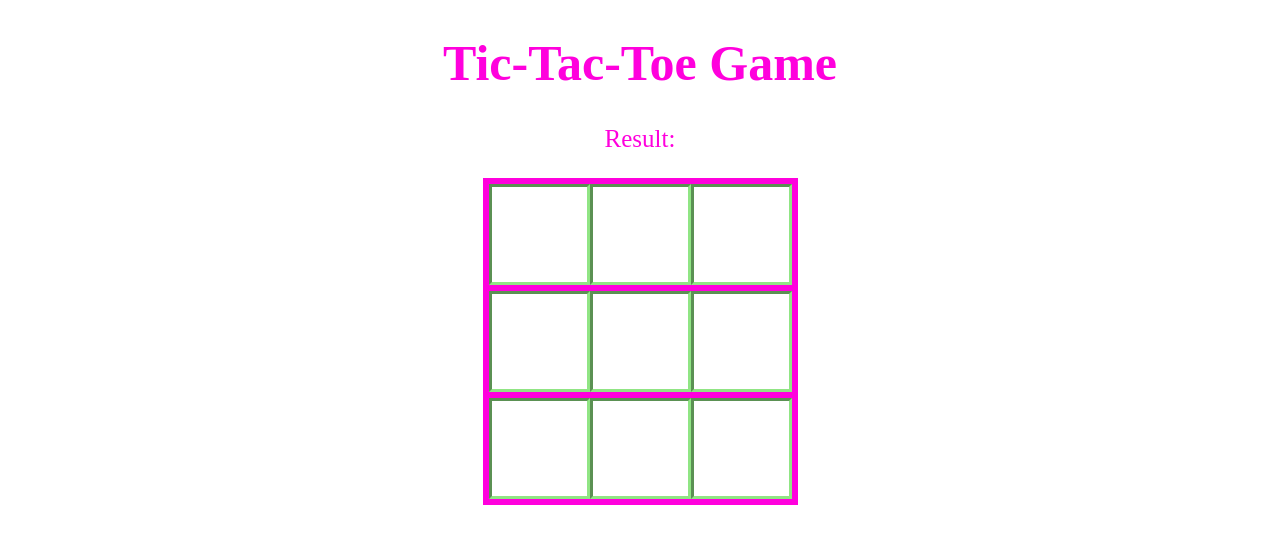
Repository: 0101chaitanya/Tic-Tac-Toe
Page: index.html
These files come from the project's save history. The page is drawn as it stood at one moment and after a run of saves; the edit follows.
The browser window is 1280 px wide. The pictures show the whole page.

Above is the page before, as saved 2021-06-09 18:06:33.

### index.html
<!DOCTYPE html>
<html>
    <head>
<meta charset="utf-8">
<title>Tic-Tac-Toe Game</title>
<link rel="stylesheet" href="styles.css">
    </head>
<body>
    <h1 id="heading">Tic-Tac-Toe Game</h1>

    <div id = "Output">
        <p  >Result:</p>
    </div>
    <div id = "gameSquare">

    <div id = "row1">
    <div class = "r1Column"></div>
    <div class = "rlColumn"></div>
    <div class = "rlColumn"></div>
</div>
<div id = "row2">
    <div class = "r2Column"></div>
    <div class = "r2Column"></div>
    <div class = "r2Column"></div>
</div>
<div id = "row3">
    <div class = "r3Column"></div>
    <div class = "r3Column"></div>
    <div class = "r3Column"></div>
</div>
</div>
</body>
<script type="text/javascript" src="script.js"></script>
</html>

### styles.css
:root{
    text-align: center;
}
@media  screen and (max-width: 400px){
    :root{
        color:blue;
        font-size: 14px;
}

}
@media  screen and (min-width: 401px) and (max-width: 700px){
    :root{
        color:rgb(30, 255, 0);
        font-size: 18px;
}


}@media  screen and (min-width: 701px) {
    :root{
        color:rgb(255, 0, 221);
        font-size:25px;
}

}

#gameSquare{
    border-style: solid;
    width:min-content;
    height:min-content;
    display:block;
    margin:auto;
}
#gameSquare>div:nth-child(n){
    border-style: solid;
    width:min-content;
    height:min-content;
    display:flex;
    justify-content:center;
    align-items:center;
}
#gameSquare>div:nth-child(n)>div:nth-child(n){
    display:block;
    margin: auto;
    border-style: solid;
    width:3.8rem;
    height:3.8rem;
border-style:inset;
border-color:rgb(144, 229, 132)
}

### script.js
/* (function(){
let
})(); */

After the next 2 saves:
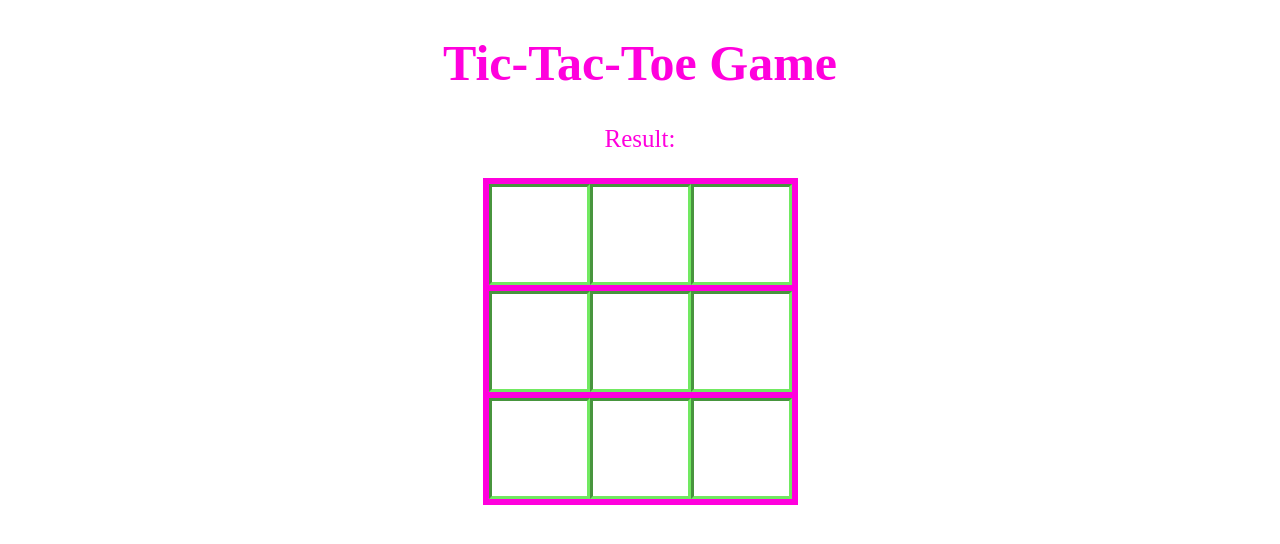
The 2 saves are shown as one change because they came seconds apart.
The last was saved 7 s later.
--- a/styles.css
+++ b/styles.css
@@ -45,5 +45,5 @@
     width:3.8rem;
     height:3.8rem;
 border-style:inset;
-border-color:rgb(144, 229, 132)
+border-color:rgb(113, 233, 97)
 }
